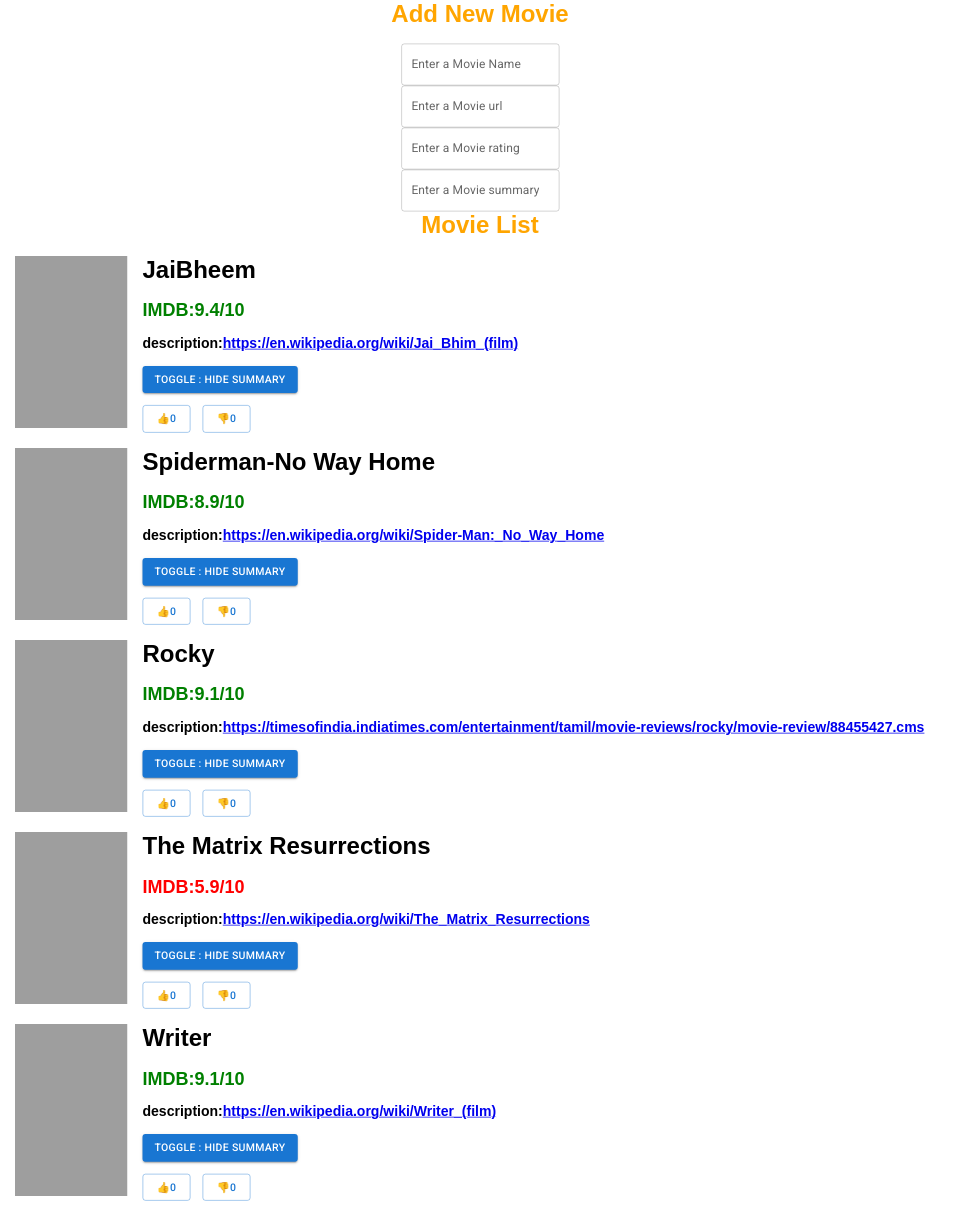
Repository: baladhinesh18/first-app
Page: /
The author's editor kept a copy of each file at every save. The page is drawn from the files as they stood at one save, then again after the next save.
The browser window is 1280 px wide. The pictures show the whole page, at 75% of full size.
Pictures or frames that could not be fetched are drawn as grey boxes. The project was rebuilt for these pictures with package versions that can differ from the ones it lists, and the page was loaded fresh each time.

Above is the page before, as saved 2022-01-07 14:23:30.

After the next save:
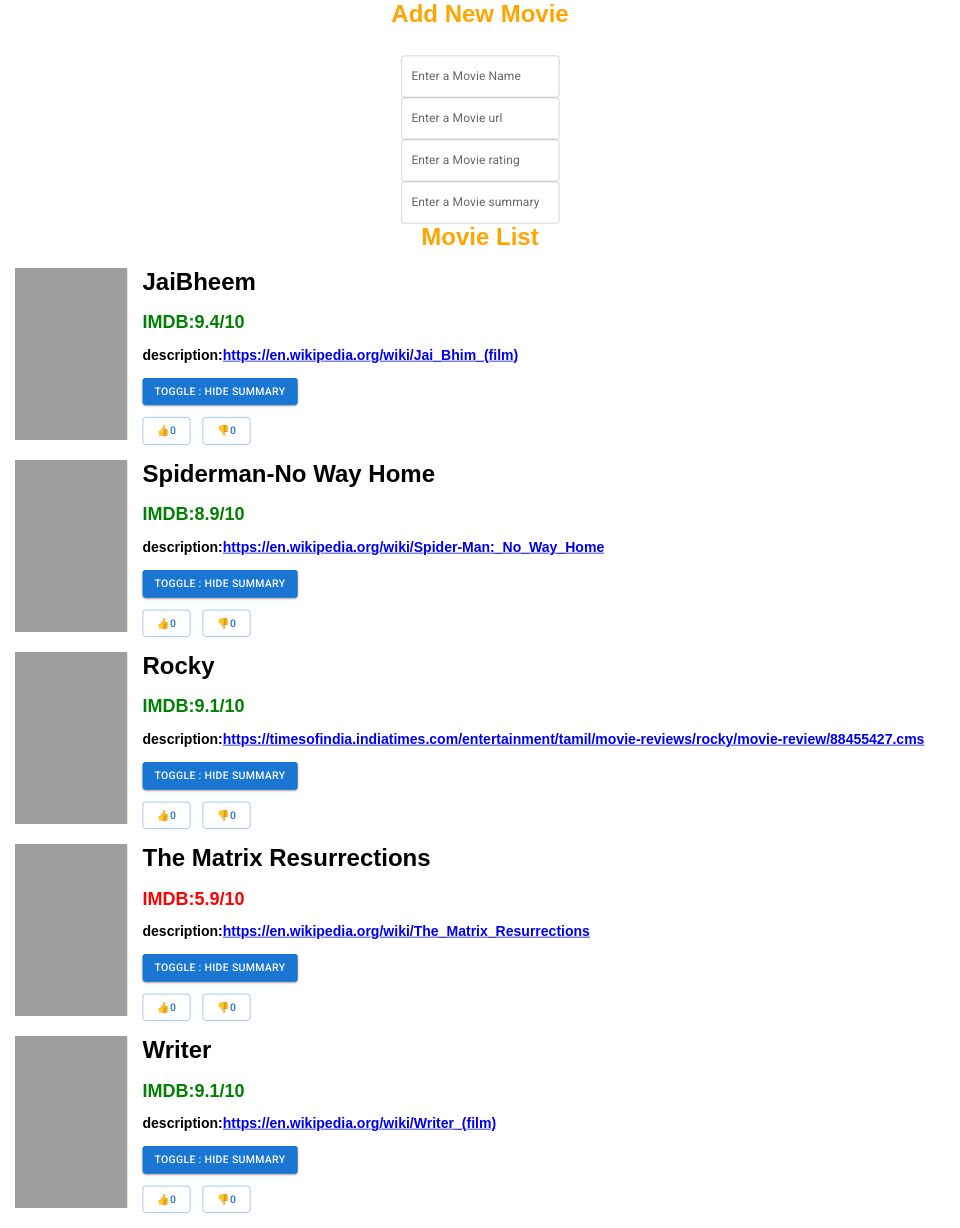
Saved 10 min 34 s later.
--- a/src/App.js
+++ b/src/App.js
@@ -45,7 +45,7 @@
     <div className="App">
     <h1 className="lor">Add New Movie</h1>
       <div  className="btn">
-      <TextField id="outlined-basic" label="Enter a Movie Name" variant="outlined" className="bncs" />
+      <TextField id="outlined-basic" label="Enter a Movie Name" variant="outlined" style={{margin:'1rem 0 0 0'}} />
       <TextField id="outlined-basic" label="Enter a Movie url" variant="outlined" className="bncs" />
       <TextField id="outlined-basic" label="Enter a Movie rating" variant="outlined" className="bncs"/>
       <TextField id="outlined-basic" label="Enter a Movie summary" variant="outlined" className="bncs" />
